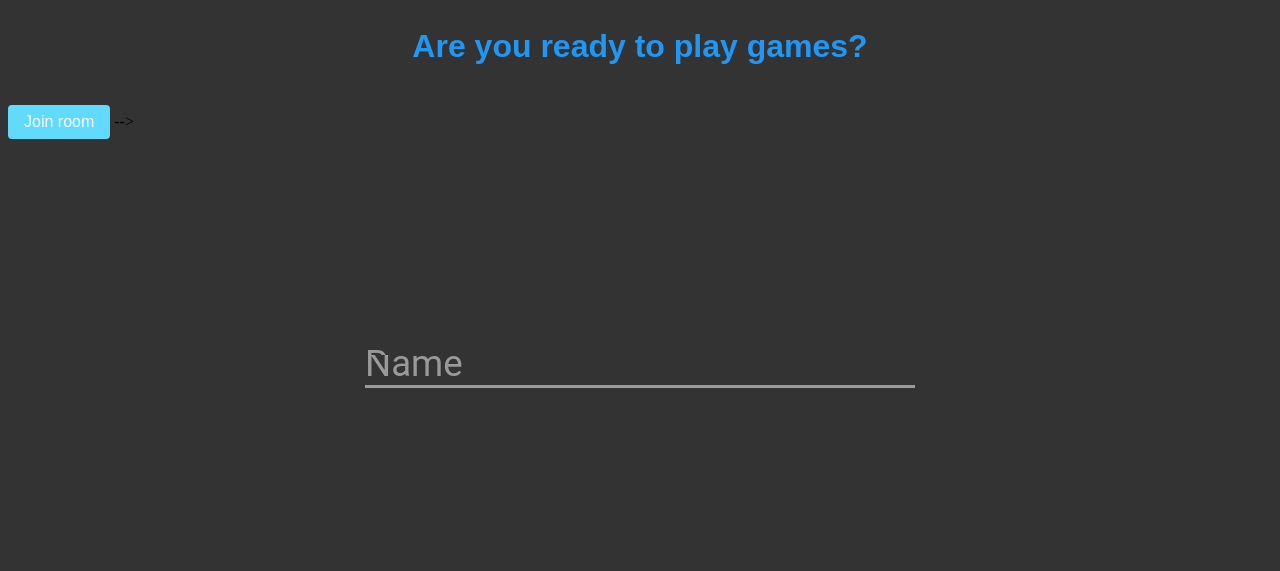
Repository: rektyyy/henhouse
Page: client/index.html
The author's editor kept a copy of each file at every save. The page is drawn from the files as they stood at one save, then again after the next save.
The browser window is 1280 px wide. The pictures show the whole page.

Above is the page before, as saved 2023-12-30 10:26:23.

### client/index.html
<!DOCTYPE html>
<html lang="en">

<head>
    <meta name="viewport" content="width=device-width, initial-scale=1.0">
    <title>Cool Start Page</title>
    <link rel="stylesheet" type="text/css" href="styles_index.css">
</head>

<body>
    <h1>Are you ready to play games?</h1>
    <div class="centered">
        <div class="group1">
            <input type="text" id="name" required>
            <label for="name">Name</label>
            <div class="bar"></div>
        </div>
    </div>


    <div class="centered">
        <div class="group2">
            <input type="text" id="room" required>
            <label for="name">Room</label>
            <div class="bar"></div>
        </div>
    </div>
    <button id="button_room" type="submit">Join room</button> -->

    <script type="text/javascript" src="index.js"></script>
</body>

</html>

### client/styles_index.css
* {
  box-sizing: border-box;
}

body {
  background: #333;
}

h1 {
  font-family: "Arial", sans-serif; /* Use a font of your choice */
  text-align: center; /* Center align the text */
  color: #2196f3; /* Color of the text */
  padding: 20px; /* Add some padding */
  background-color: #333; /* Background color */
  margin-top: 0; /* Remove default top margin */
  margin-bottom: 20px; /* Add some space below the header */
  border-radius: 5px; /* Optional: Rounded corners */
}

button {
  padding: 0.5rem 1rem;
  font-size: 1rem;
  border: none;
  border-radius: 0.25rem;
  background-color: #61dafb;
  color: #fff;
  cursor: pointer;
  outline: none;
}

button:hover {
  background-color: #4fa3d1;
}

.centered {
  width: 550px;
  height: 110px;
  margin: auto;
  position: absolute;
  top: 0;
  bottom: 0;
  left: 0;
  right: 0;
}

.group1 {
  width: 100%;
  height: 110px;
  overflow: hidden;
  position: relative;
}
.group2 {
  width: 100%;
  height: 50px;
  overflow: hidden;
  position: relative;
}

label {
  position: absolute;
  top: 36.6666666667px;
  color: rgba(255, 255, 255, 0.5);
  font: 400 36.6666666667px Roboto;
  cursor: text;
  transition: 0.25s ease;
}

input {
  display: block;
  width: 100%;
  padding-top: 36.6666666667px;
  border: none;
  border-radius: 0;
  color: white;
  background: #333;
  font-size: 36.6666666667px;
  transition: 0.3s ease;
}
input:valid ~ label {
  top: 0;
  font: 700 22px Roboto;
  color: rgba(255, 255, 255, 0.5);
}
input:focus {
  outline: none;
}
input:focus ~ label {
  top: 0;
  font: 700 22px Roboto;
  color: #2196f3;
}
input:focus ~ .bar:before {
  transform: translateX(0);
}
input:-webkit-autofill {
  -webkit-box-shadow: 0 0 0px 1000px #333 inset;
  -webkit-text-fill-color: white !important;
}

.bar {
  background: rgba(255, 255, 255, 0.5);
  content: "";
  width: 550px;
  height: 3.6666666667px;
  transition: 0.3s ease;
  position: relative;
}
.bar:before {
  content: "";
  position: absolute;
  width: 100%;
  height: 150%;
  background: #2196f3;
  transform: translateX(-100%);
}

::selection {
  background: rgba(33, 150, 243, 0.3);
}

/*# sourceMappingURL=styles_index.css.map */

### client/index.js
const input_room = document.getElementById('input_room');
const button_room = document.getElementById('button_room');

// Joins room
button_room.addEventListener('click', () => {
    if (input_room.value) {
        currentRoomId = input_room.value;
        input_room.value = '';
        window.location.href = `/game.html?room=${currentRoomId}`;
    }
});

After the next save:
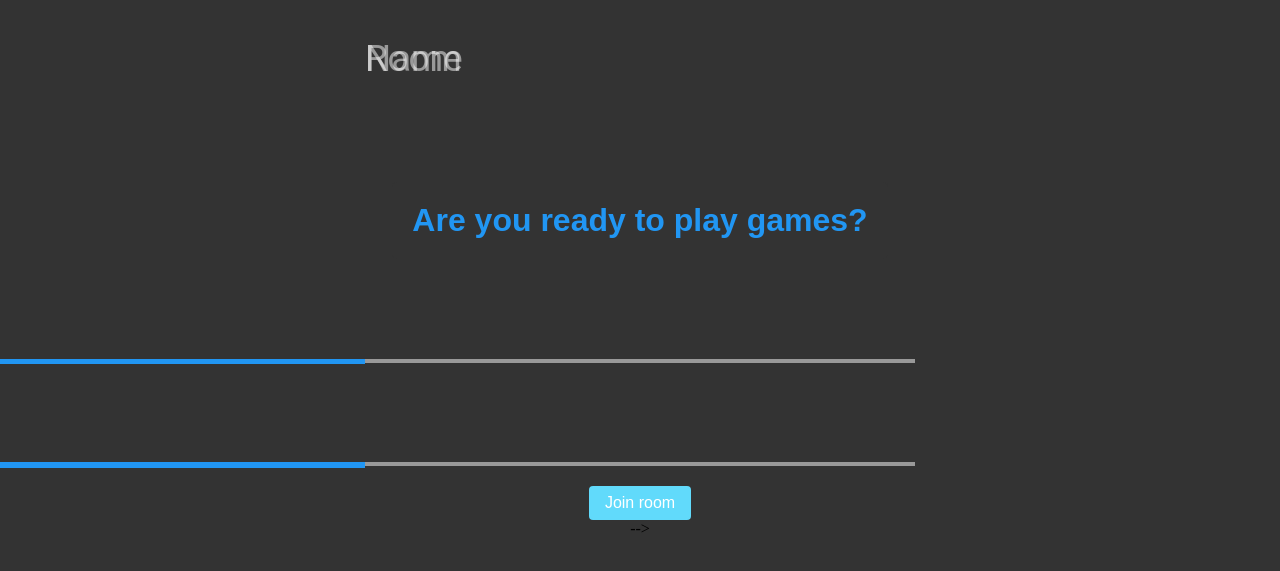
Saved 2 min 4 s later.
--- a/client/styles_index.css
+++ b/client/styles_index.css
@@ -4,17 +4,24 @@
 
 body {
   background: #333;
+  display: flex;
+  flex-direction: column;
+  justify-content: center;
+  align-items: center;
+  min-height: 100vh;
+  margin: 0;
+  padding: 0;
 }
 
 h1 {
-  font-family: "Arial", sans-serif; /* Use a font of your choice */
-  text-align: center; /* Center align the text */
-  color: #2196f3; /* Color of the text */
-  padding: 20px; /* Add some padding */
-  background-color: #333; /* Background color */
-  margin-top: 0; /* Remove default top margin */
-  margin-bottom: 20px; /* Add some space below the header */
-  border-radius: 5px; /* Optional: Rounded corners */
+  font-family: "Arial", sans-serif;
+  text-align: center;
+  color: #2196f3;
+  padding: 20px;
+  background-color: #333;
+  margin-top: 0;
+  margin-bottom: 20px;
+  border-radius: 5px;
 }
 
 button {
@@ -34,24 +41,11 @@ button:hover {
 
 .centered {
   width: 550px;
-  height: 110px;
-  margin: auto;
-  position: absolute;
-  top: 0;
-  bottom: 0;
-  left: 0;
-  right: 0;
+  margin-bottom: 20px; /* Spacing between groups */
 }
 
-.group1 {
+.group {
   width: 100%;
-  height: 110px;
-  overflow: hidden;
-  position: relative;
-}
-.group2 {
-  width: 100%;
-  height: 50px;
   overflow: hidden;
   position: relative;
 }
@@ -76,6 +70,9 @@ input {
   font-size: 36.6666666667px;
   transition: 0.3s ease;
 }
+
+/* ... rest of your CSS ... */
+
 input:valid ~ label {
   top: 0;
   font: 700 22px Roboto;
